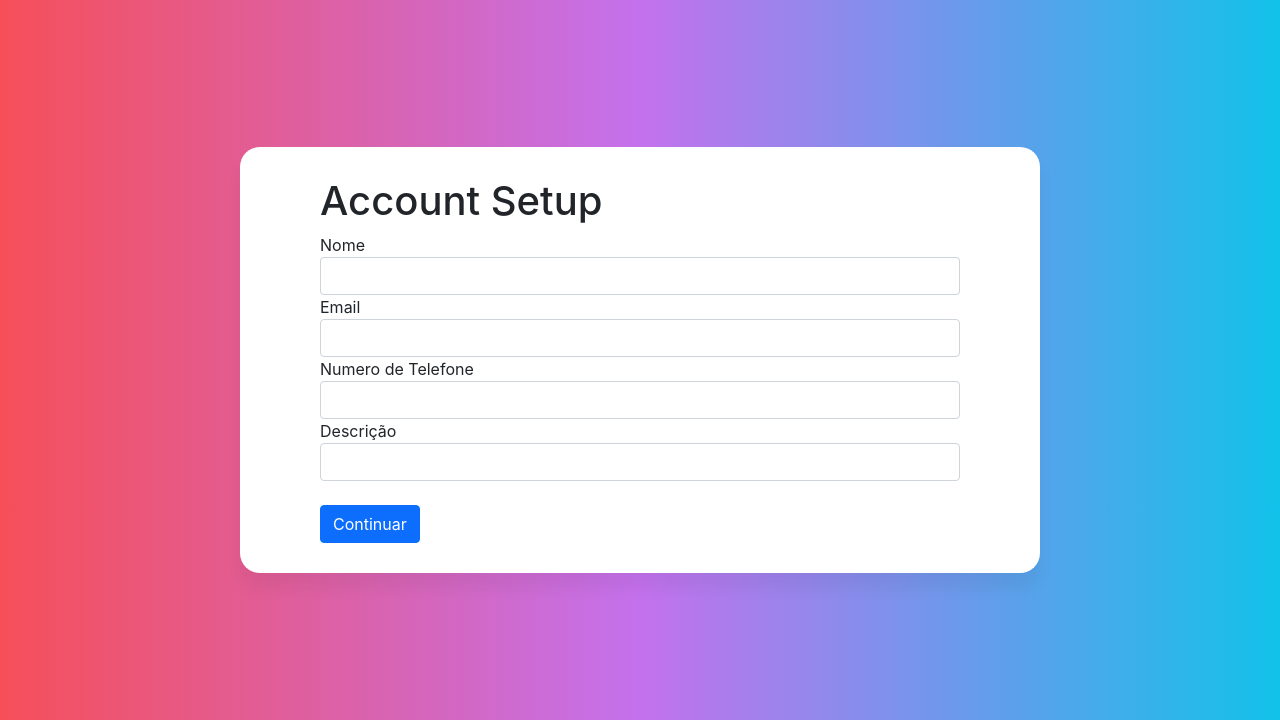
Repository: DeanLemosXD/ReactJS-3steps-form
Page: /
These files come from the project's save history. The page is drawn as it stood at one moment and after the next save; the edit follows.
The browser window is 1280 px wide. The pictures show the whole page.
The project was rebuilt for these pictures with package versions that can differ from the ones it lists, and the page was loaded fresh each time. Imported but missing from the stored project, and not drawn on this page: src/components/Confirm, src/components/OtherData.

Above is the page before, as saved 2021-10-26 17:01:59.

After the next save:
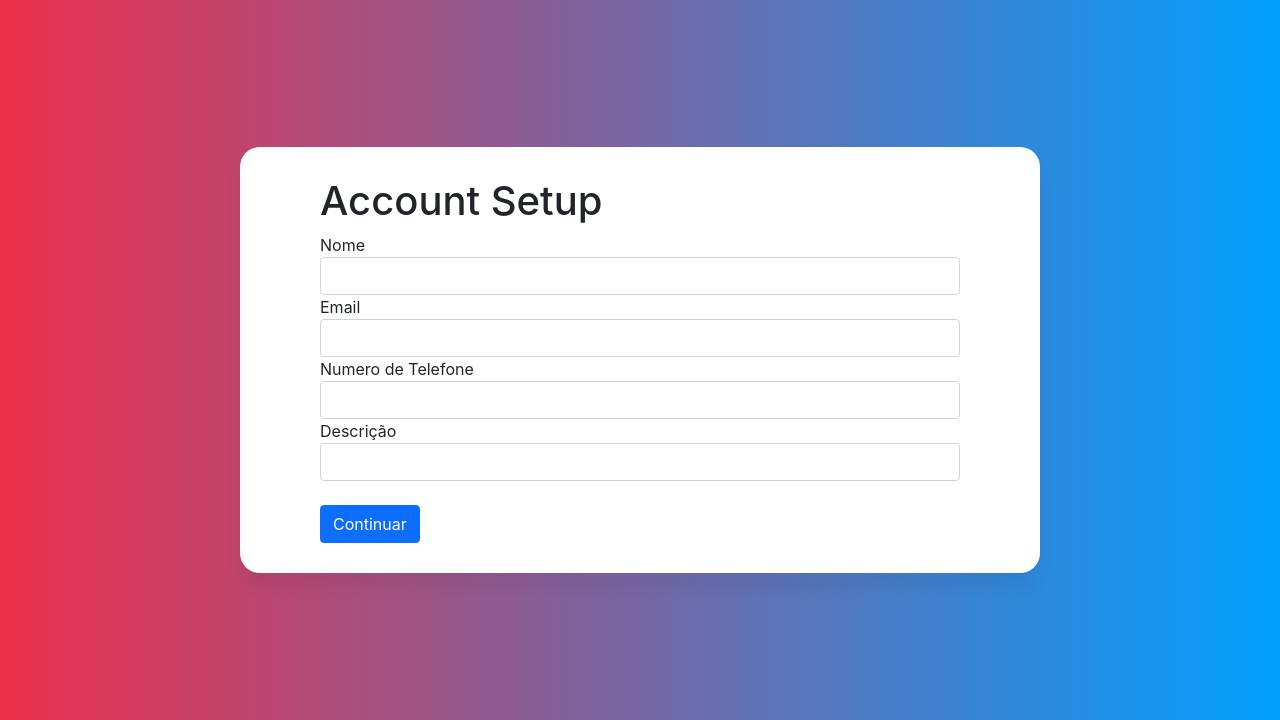
Saved 35 s later.
--- a/src/App.css
+++ b/src/App.css
@@ -4,9 +4,10 @@
   align-items: center;
   flex-direction: column;
   height: 100vh;
-  background: #12c2e9;
-  background: -webkit-linear-gradient(to right, #f64f59, #c471ed, #12c2e9);
-  background: linear-gradient(to right, #f64f59, #c471ed, #12c2e9);
+  background: #009FFF;  /* fallback for old browsers */
+  background: -webkit-linear-gradient(to right, #ec2F4B, #009FFF);  /* Chrome 10-25, Safari 5.1-6 */
+  background: linear-gradient(to right, #ec2F4B, #009FFF); /* W3C, IE 10+/ Edge, Firefox 16+, Chrome 26+, Opera 12+, Safari 7+ */
+
 
 
 
